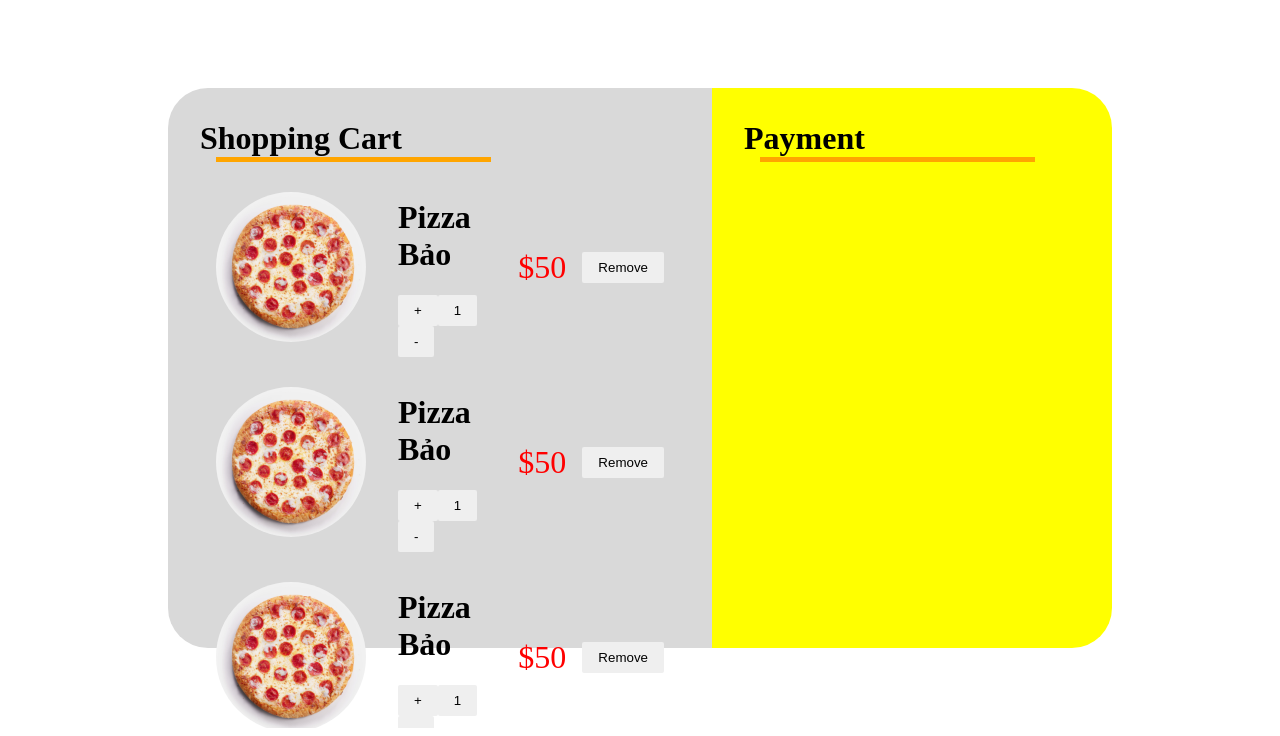
Repository: NDBaoFE/pizza-ordering-hiep
Page: /checkout
These files come from the project's save history. The page is drawn as it stood at one moment and after a run of saves; the edit follows.
The browser window is 1280 px wide. The pictures show the whole page.
The project was rebuilt for these pictures with package versions that can differ from the ones it lists, and the page was loaded fresh each time.

Above is the page before, as saved 2022-08-27 22:19:38.

### public/index.html
<!DOCTYPE html>
<html lang="en">
  <head>
    <meta charset="utf-8" />
    <link rel="icon" href="%PUBLIC_URL%/avatar.png" />
    <meta name="viewport" content="width=device-width, initial-scale=1" />
    <meta name="theme-color" content="#000000" />
    <link rel="apple-touch-icon" href="%PUBLIC_URL%/avatar.png" />
    <title>Pizza Ordering</title>
  </head>
  <body>
    <noscript>You need to enable JavaScript to run this app.</noscript>
    <div id="root"></div>
  </body>
</html>

### src/App.js
import RouterComponent from './router'

function App() {
  return <>{RouterComponent}</>
}

export default App

### src/router/index.js
import { BrowserRouter, Routes, Route } from 'react-router-dom'
import Checkout from '../pages/Checkout'

const privateRoutes = [{ name: 'checkout', path: '/checkout', element: <Checkout /> }]

const RouterComponent = (
  <BrowserRouter>
    <Routes>
      {privateRoutes.map((route) => (
        <Route key={route.name} path={route.path} element={route.element} />
      ))}
    </Routes>
  </BrowserRouter>
)

export default RouterComponent

### src/pages/Checkout/index.jsx
import React from 'react'
import * as Styled from './Checkout.styled'
import pizza from '../../assets/pizza.jpg'

const Checkout = (props) => {
  return (
    <Styled.Background>
      <Styled.Cart>
        <Styled.Header>Shopping Cart</Styled.Header>
        <Styled.List>
          <Styled.Item>
            <Styled.Image src={pizza} />
            <Styled.Info>
              <h1>Pizza Bảo</h1>
              <div>
                <button>+</button>
                <button>1</button>
                <button>-</button>
              </div>
            </Styled.Info>
            <Styled.Price>$50</Styled.Price>
            <button>Remove</button>
          </Styled.Item>
          <Styled.Item>
            <Styled.Image src={pizza} />
            <Styled.Info>
              <h1>Pizza Bảo</h1>
              <div>
                <button>+</button>
                <button>1</button>
                <button>-</button>
              </div>
            </Styled.Info>
            <Styled.Price>$50</Styled.Price>
            <button>Remove</button>
          </Styled.Item>
          <Styled.Item>
            <Styled.Image src={pizza} />
            <Styled.Info>
              <h1>Pizza Bảo</h1>
              <div>
                <button>+</button>
                <button>1</button>
                <button>-</button>
              </div>
            </Styled.Info>
            <Styled.Price>$50</Styled.Price>
            <button>Remove</button>
          </Styled.Item>
        </Styled.List>
      </Styled.Cart>
      <Styled.Payment>
        <Styled.Header>Payment</Styled.Header>
      </Styled.Payment>
    </Styled.Background>
  )
}

Checkout.propTypes = {}

export default Checkout

### src/pages/Checkout/Checkout.styled.js
import styled from 'styled-components'

export const Background = styled.div`
  box-sizing: border-box;
  width: 100%;
  height: 100vh;
  padding: 5rem 10rem;
  display: flex;
  overflow-y: hidden;

  & button {
    padding: 0.5rem 1rem;
    border: none;
    cursor: pointer;
    border-radius: 2px;
    <Styled.Item>
            <Styled.Image src={pizza} />
            <Styled.Info>
              <h1>Pizza Bảo</h1>
              <div>
                <button>+</button>
                <button>1</button>
                <button>-</button>
              </div>
            </Styled.Info>
            <Styled.Price>$50</Styled.Price>
            <button>Remove</button>
          </Styled.Item>

    &:hover {
      opacity: 0.6;
    }
  }
`
export const Cart = styled.div`
  padding: 2rem;
  display: block;
  background-color: #d9d9d9;
  flex: 1;
  border-top-left-radius: 40px;
  border-bottom-left-radius: 40px;
`
export const Payment = styled.div`
  box-sizing: border-box;
  padding: 2rem;
  min-width: 400px;
  background-color: yellow;
  border-top-right-radius: 40px;
  border-bottom-right-radius: 40px;
`

export const Header = styled.header`
  font-size: 2rem;
  font-weight: 700;

  &::after {
    content: '';
    display: block;
    width: 275px;
    height: 5px;
    background-color: orange;
    margin: 0 1rem;
  }
`

export const List = styled.ul`
  list-style: none;
  padding: 0;
`

export const Item = styled.li`
  display: flex;
  align-items: center;
  margin: 1rem;
`

export const Image = styled.img`
  margin-right: 2rem;
  border-radius: 50%;

  width: 150px;
`
export const Info = styled.div`
  flex: 1;
`
export const Button = styled.button``
export const Price = styled.span`
  margin: 0 1rem;
  font-size: 2rem;
  color: red;
`
export const CloseButton = styled.button`
  margin: 0 1rem;
`

Loaded but not shown: src/index.js (common file)

After the next 2 saves:
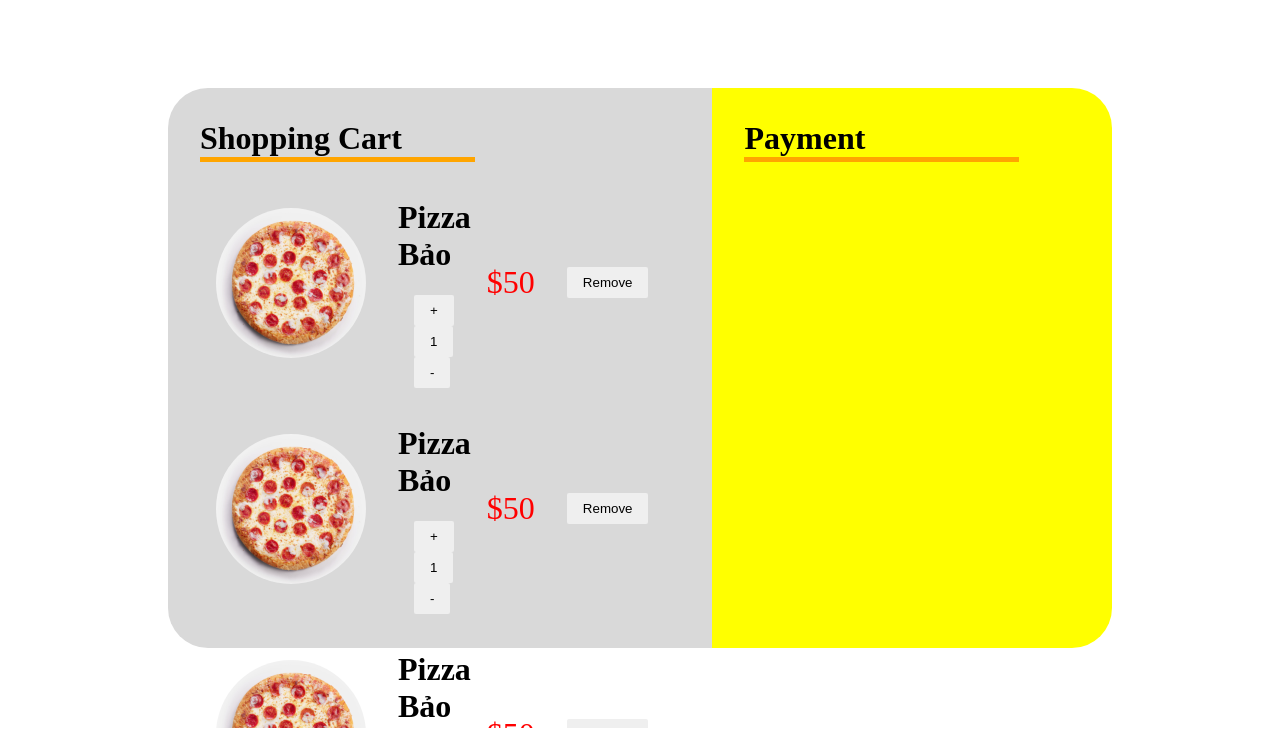
The 2 saves are shown as one change because they came seconds apart.
The last was saved 9 s later.
--- a/src/pages/Checkout/Checkout.styled.js
+++ b/src/pages/Checkout/Checkout.styled.js
@@ -13,19 +13,7 @@
     border: none;
     cursor: pointer;
     border-radius: 2px;
-    <Styled.Item>
-            <Styled.Image src={pizza} />
-            <Styled.Info>
-              <h1>Pizza Bảo</h1>
-              <div>
-                <button>+</button>
-                <button>1</button>
-                <button>-</button>
-              </div>
-            </Styled.Info>
-            <Styled.Price>$50</Styled.Price>
-            <button>Remove</button>
-          </Styled.Item>
+    margin: 0 1rem;
 
     &:hover {
       opacity: 0.6;
@@ -59,7 +47,6 @@
     width: 275px;
     height: 5px;
     background-color: orange;
-    margin: 0 1rem;
   }
 `
 

After the save that followed:
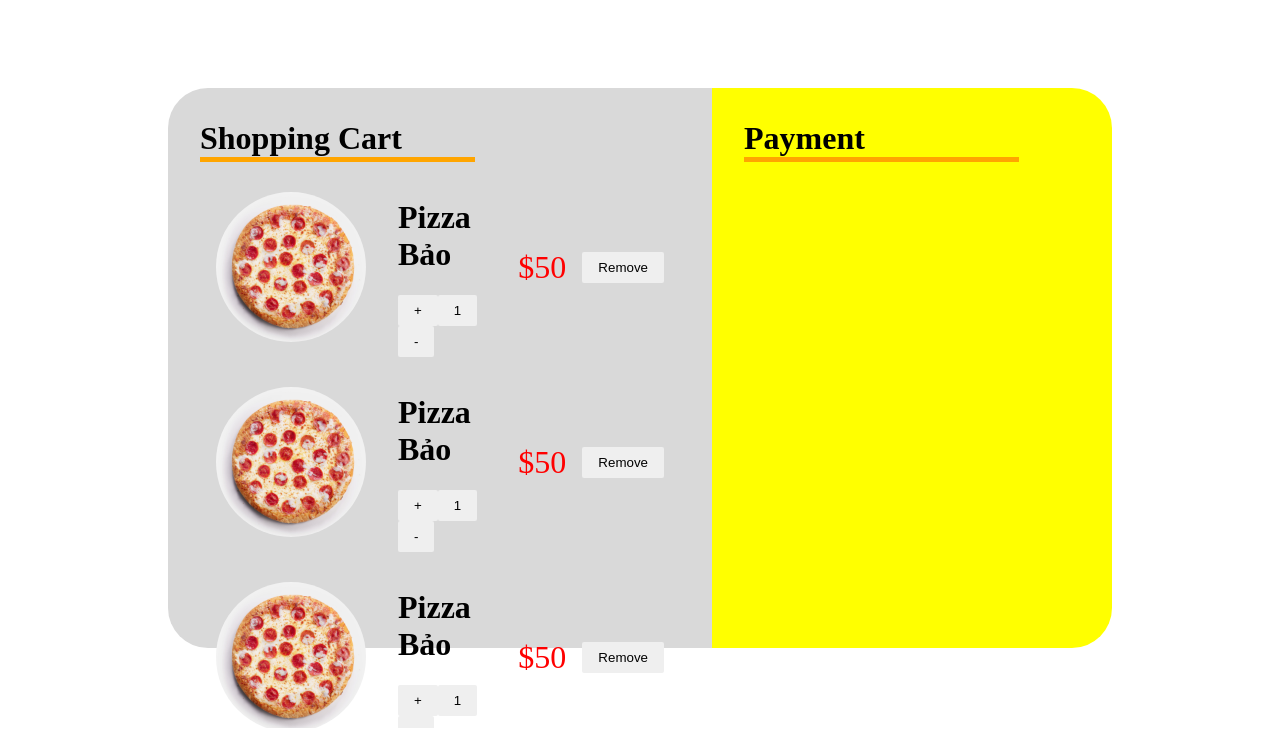
Saved 4 s later.
--- a/src/pages/Checkout/Checkout.styled.js
+++ b/src/pages/Checkout/Checkout.styled.js
@@ -13,7 +13,6 @@
     border: none;
     cursor: pointer;
     border-radius: 2px;
-    margin: 0 1rem;
 
     &:hover {
       opacity: 0.6;
